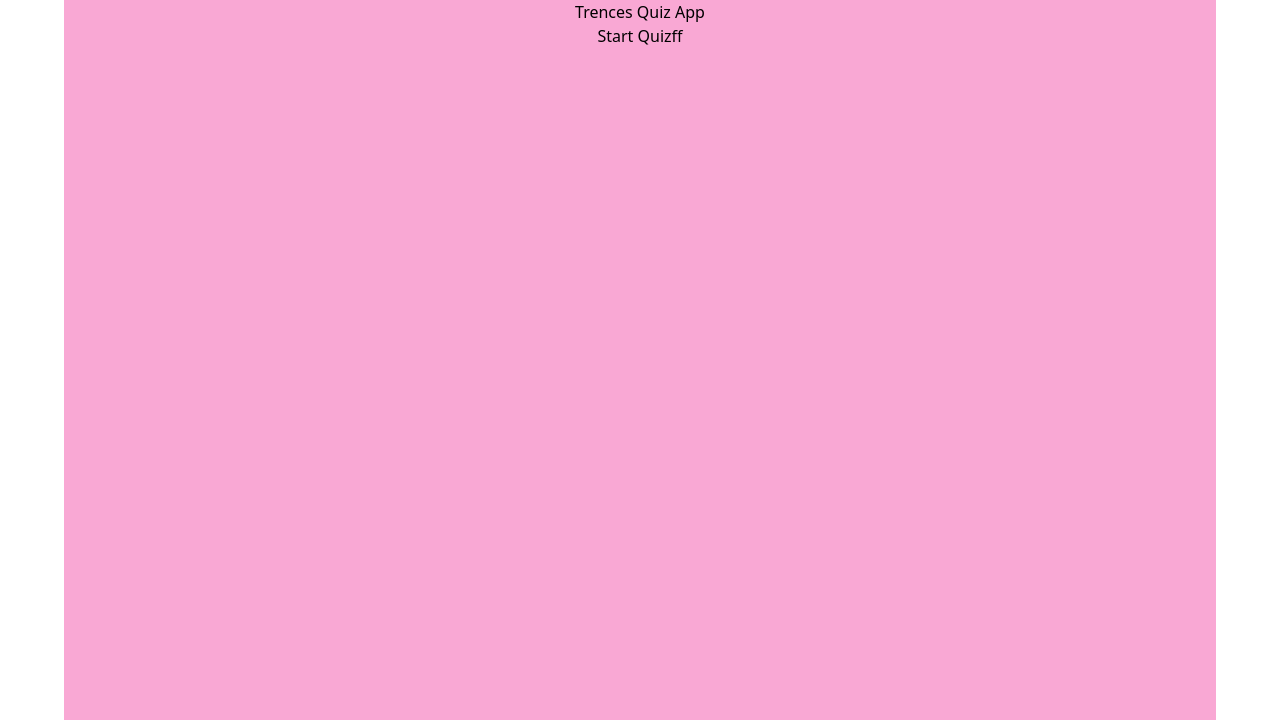
Repository: Semanmernstack/Quiz-react-app
Page: /
These files come from the project's save history. The page is drawn as it stood at one moment and after the next save; the edit follows.
The browser window is 1280 px wide. The pictures show the whole page.
The project was rebuilt for these pictures with package versions that can differ from the ones it lists, and the page was loaded fresh each time. Also part of the build but not shown: src/components/Quiz.js, src/components/End.js.

Above is the page before, as saved 2023-01-29 06:55:29.

### src/index.css
body {
  margin: 0;
}
@tailwind base;
@tailwind components;
@tailwind utilities;

### src/App.js
import { useState } from "react";
import Menu from "./components/Menu";
import Quiz from "./components/Quiz";
import End from "./components/End"
import { QuizContext } from "./Game/Context";
function App() {
  const [game, setGame] = useState("menu")
  return (
    <div className="text-center items-center flex  flex-col  max-w-6xl mx-auto h-screen  bg-pink-300 first-letter:">
      <p className="">Trences Quiz App</p>
      <QuizContext.Provider value={{game, setGame}}>
        {game === "menu" && <Menu/>}
        {game === "quiz" && <Quiz/>}
        {game === "End" && <End/>}

      </QuizContext.Provider>

    </div>
  );
}

export default App;

### src/components/Menu.js
import React, { useContext } from 'react'
import { QuizContext } from '../Game/Context'

function Menu() {
    const {game, setGame} = useContext(QuizContext)
  return (
    <div className="flex">
        <button onClick={() => {setGame("quiz")}} >Start Quiz</button>
        <p>ff</p>
    </div>
  )
}

export default Menu

### src/Game/Context.js
import { createContext } from "react";

export const QuizContext = createContext()

Loaded but not shown: public/index.html (common file); src/index.js (common file); src/reportWebVitals.js (common file); tailwind.config.js (common file)

After the next save:
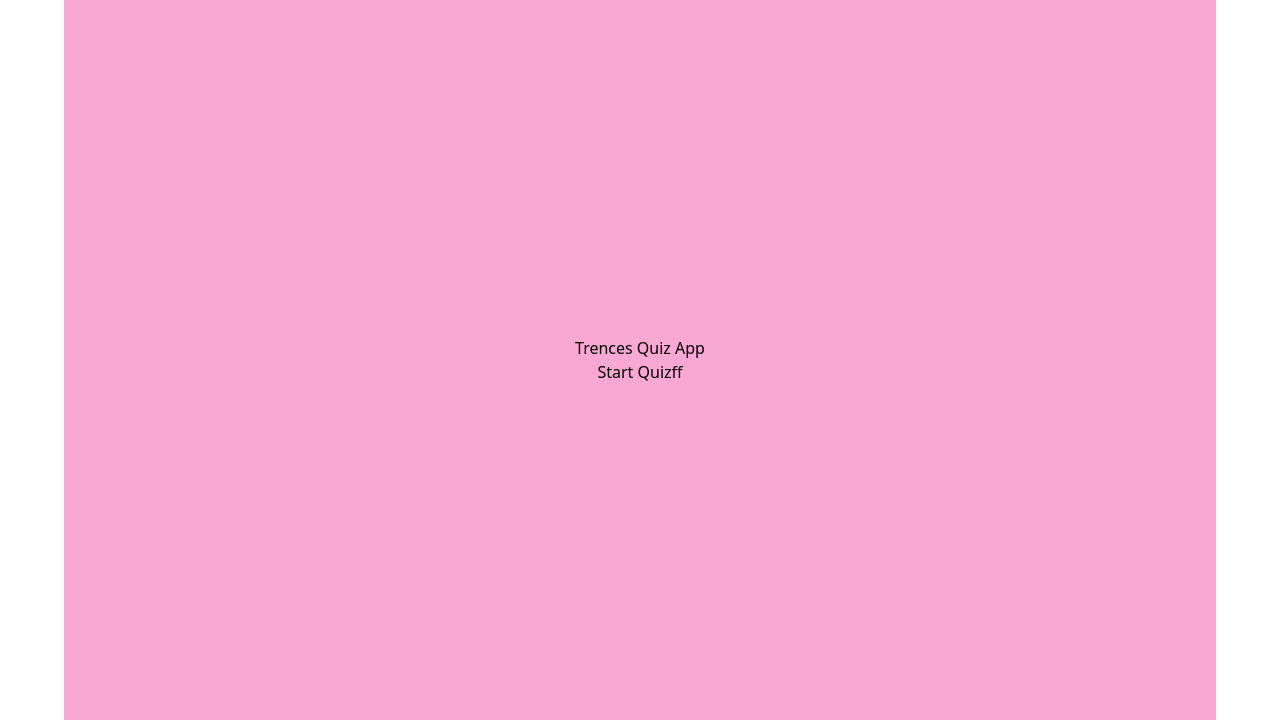
Saved 5 s later.
--- a/src/App.js
+++ b/src/App.js
@@ -6,7 +6,7 @@ import { QuizContext } from "./Game/Context";
 function App() {
   const [game, setGame] = useState("menu")
   return (
-    <div className="text-center items-center flex  flex-col  max-w-6xl mx-auto h-screen  bg-pink-300 first-letter:">
+    <div className="text-center items-center justify-center flex  flex-col  max-w-6xl mx-auto h-screen  bg-pink-300 first-letter:">
       <p className="">Trences Quiz App</p>
       <QuizContext.Provider value={{game, setGame}}>
         {game === "menu" && <Menu/>}
